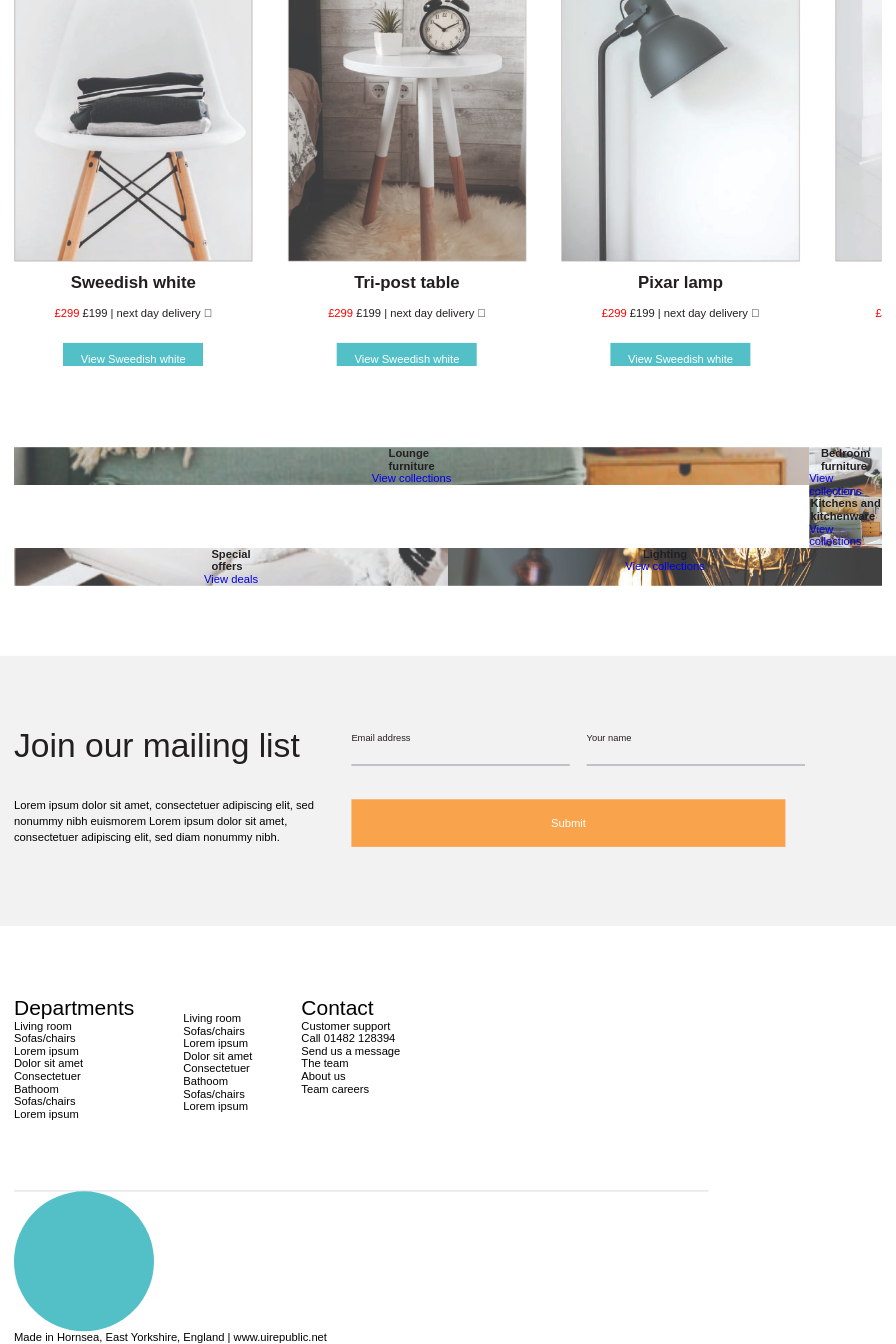
Repository: dinhhaidh/republic-web
Page: index.html
The author's editor kept a copy of each file at every save. The page is drawn from the files as they stood at one save, then again after the next save.
The browser window is 1280 px wide. The pictures show the part of the page from y = 1797 to 3717 px (the page is 3717 px tall before and 3517 px after), at 70% of full size.
Some web fonts or font styles are not loaded; a fallback is used. Some web libraries are served in a nearby version.

Above is the page before, as saved 2024-01-26 09:10:39.

After the next save:
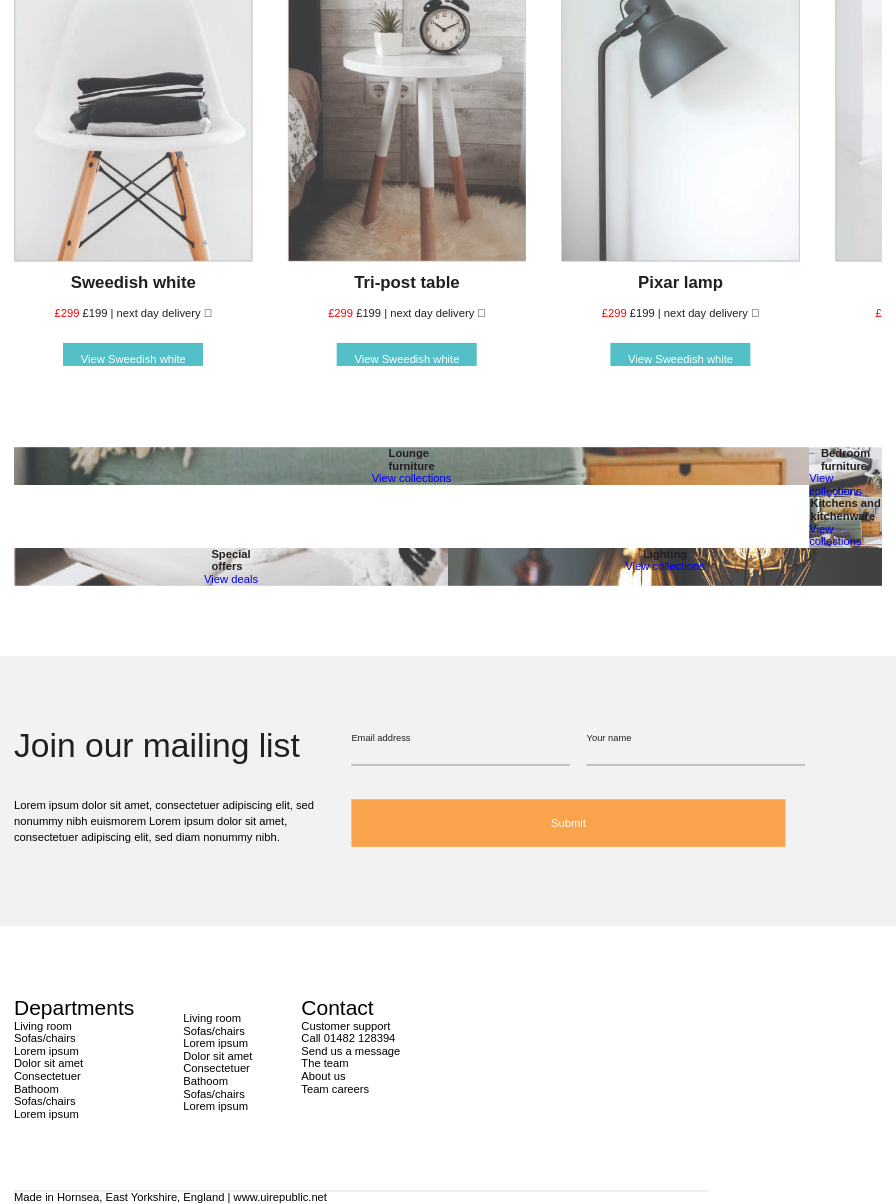
Saved 18 min 15 s later.
--- a/index.html
+++ b/index.html
@@ -389,7 +389,7 @@
             </div>
             <div class="footer__img">
                 <div class="footer__brick"></div>
-                <div class="footer__circle"></div>
+                <!-- <div class="footer__circle"></div> -->
             </div>
             <div class="footer__copy">Made in Hornsea, East Yorkshire, England | www.uirepublic.net</div>
         </div>
